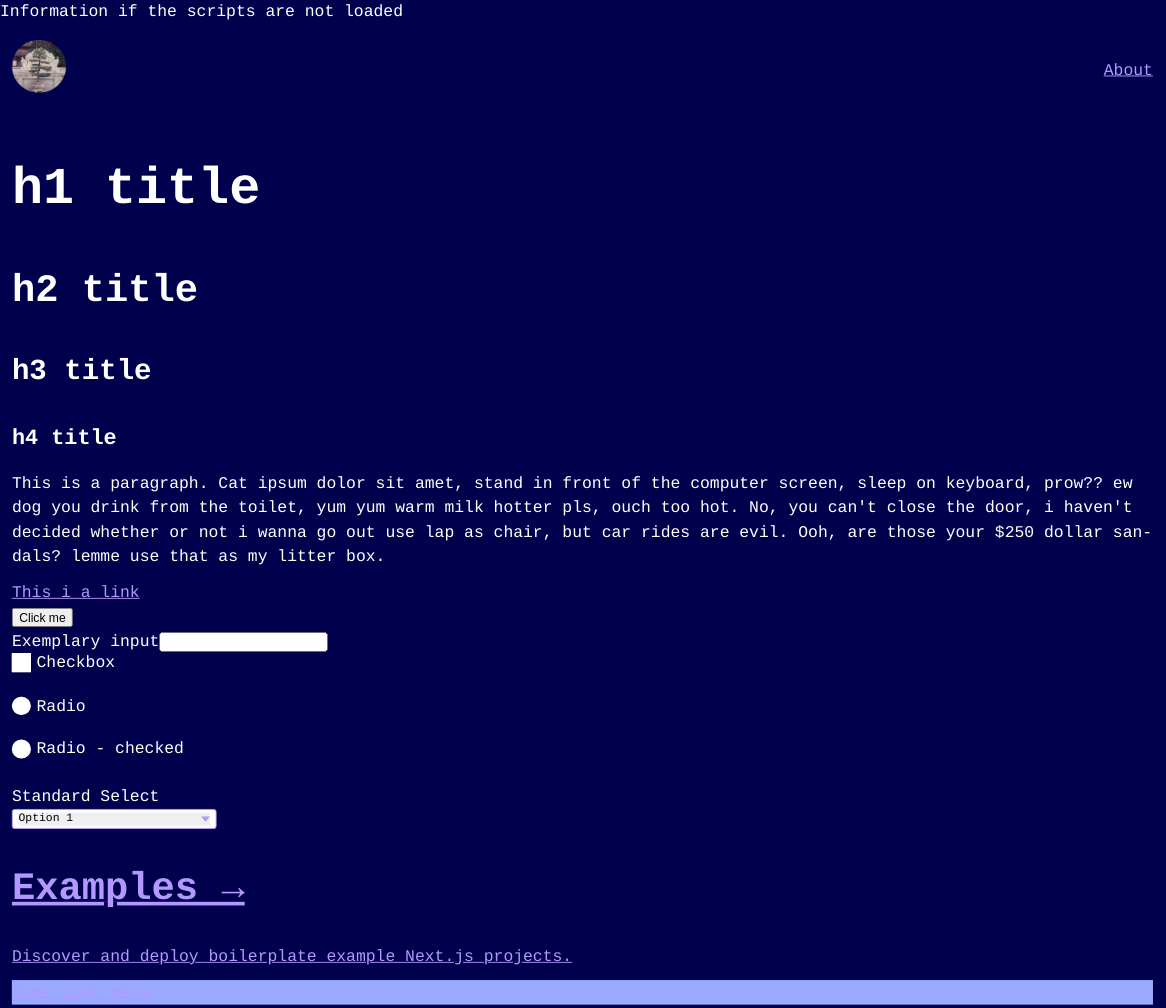
Repository: magiai/scent-app
Page: /
These files come from the project's save history. The page is drawn as it stood at one moment and after the next save; the edit follows.
The browser window is 1280 px wide. The page is 1280 px wide, then 1281 px, so the pictures cover 1281 px, including what lies to the right of the window. The pictures show the whole page, at 91% of full size.
The first visible `select` has the focus.
The project was rebuilt for these pictures with package versions that can differ from the ones it lists, and the page was loaded fresh each time. The framework's server and built-in components were replaced by stand-ins that run in the browser.

Above is the page before, as saved 2022-05-25 18:51:43.

After the next save:
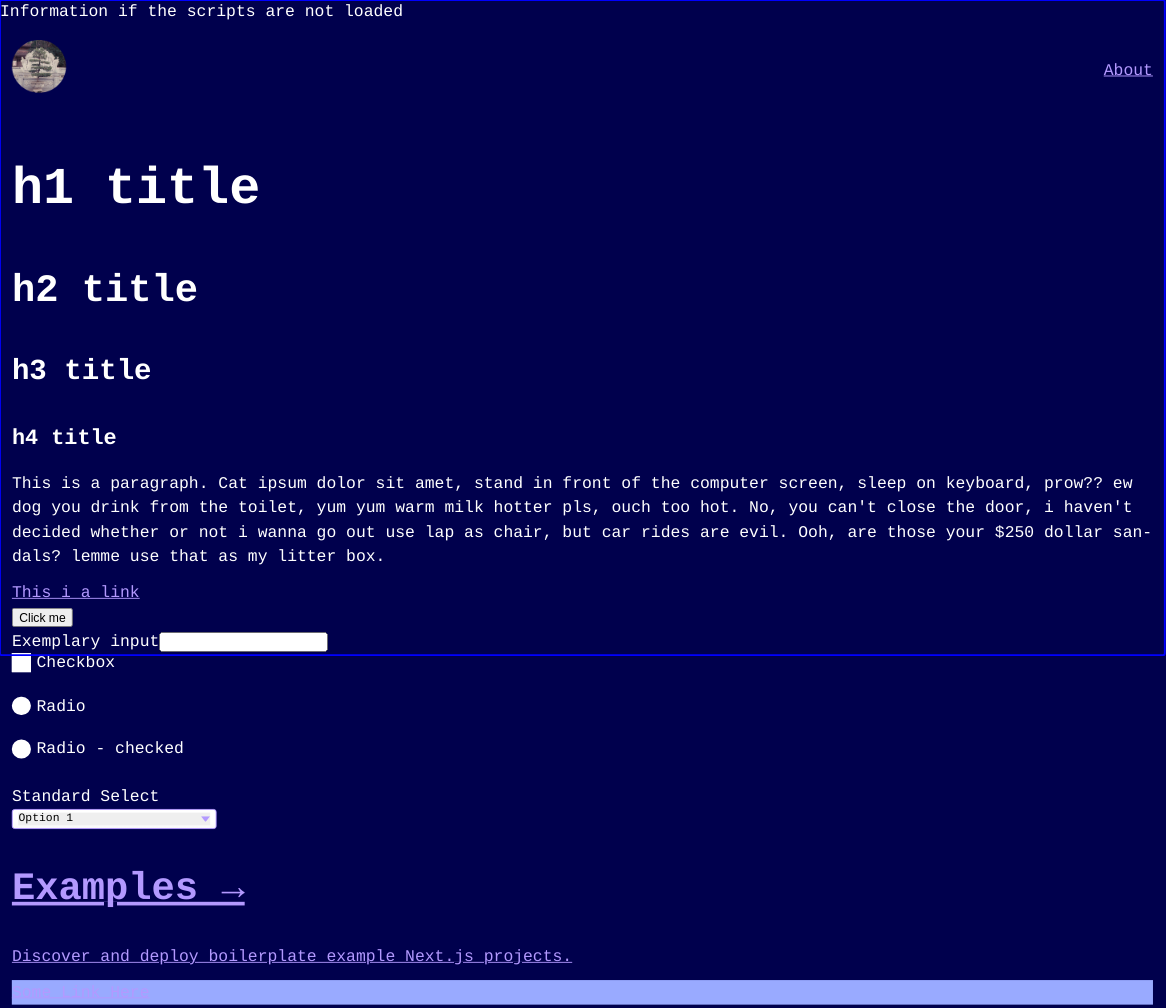
Saved 66 s later.
--- a/styles/forms.css
+++ b/styles/forms.css
@@ -127,3 +127,13 @@ select,
 .select::after {
     grid-area: select;
 }
+
+select:focus + .focus {
+    position: absolute;
+    top: -1px;
+    left: -1px;
+    right: -1px;
+    bottom: -1px;
+    border: 0.2rem solid var(--select-focus);
+    border-radius: inherit;
+  }
